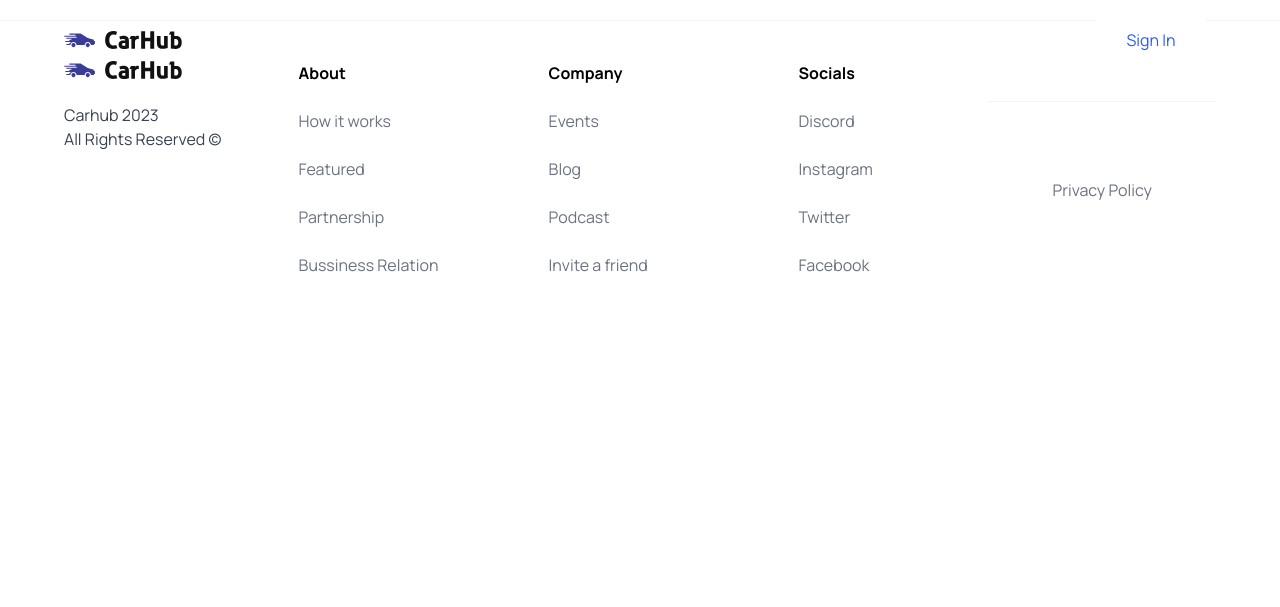
Repository: nika-otter/Car
Page: /
These files come from the project's save history. The page is drawn as it stood at one moment and after the next save; the edit follows.
The browser window is 1280 px wide. The pictures show the whole page.
The project was rebuilt for these pictures with package versions that can differ from the ones it lists, and the page was loaded fresh each time. The framework's server and built-in components were replaced by stand-ins that run in the browser. Also part of the build but not shown: next.config.js, components/Hero.tsx.

Above is the page before, as saved 2023-08-11 16:54:12.

After the next save:
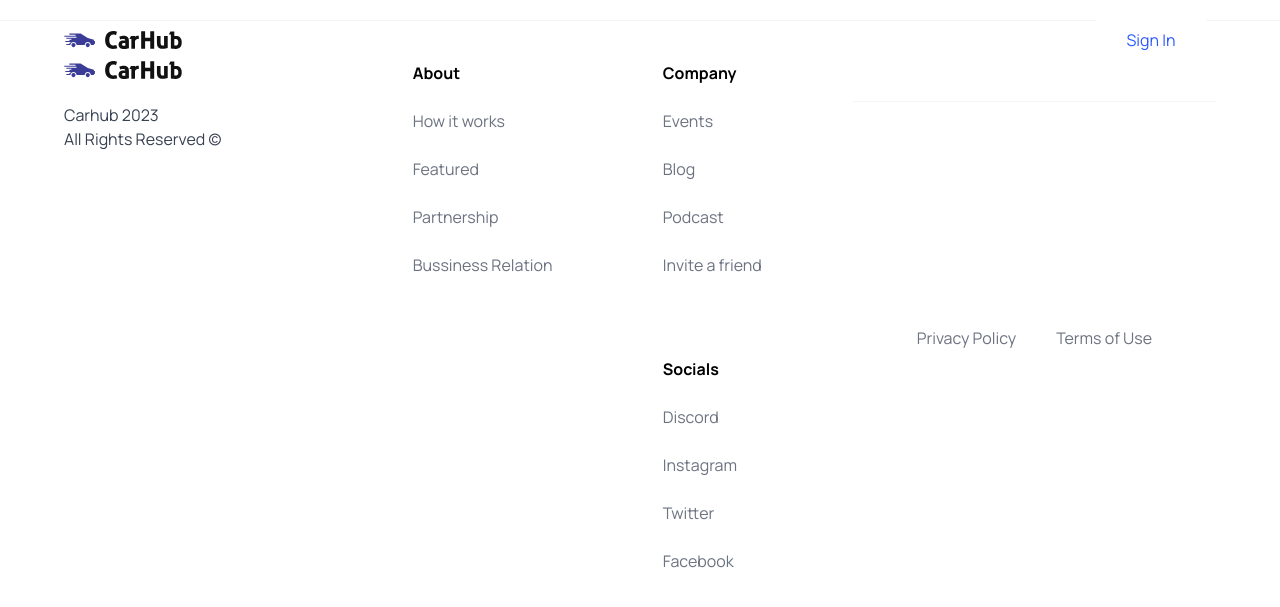
Saved 28 s later.
--- a/components/Footer.tsx
+++ b/components/Footer.tsx
@@ -29,6 +29,9 @@
             <Link href="/" className="text-gray-500">
               Privacy Policy
             </Link>
+            <Link href="/" className="text-gray-500">
+              Terms of Use
+            </Link>
           </div>
         </div>
       </div>
